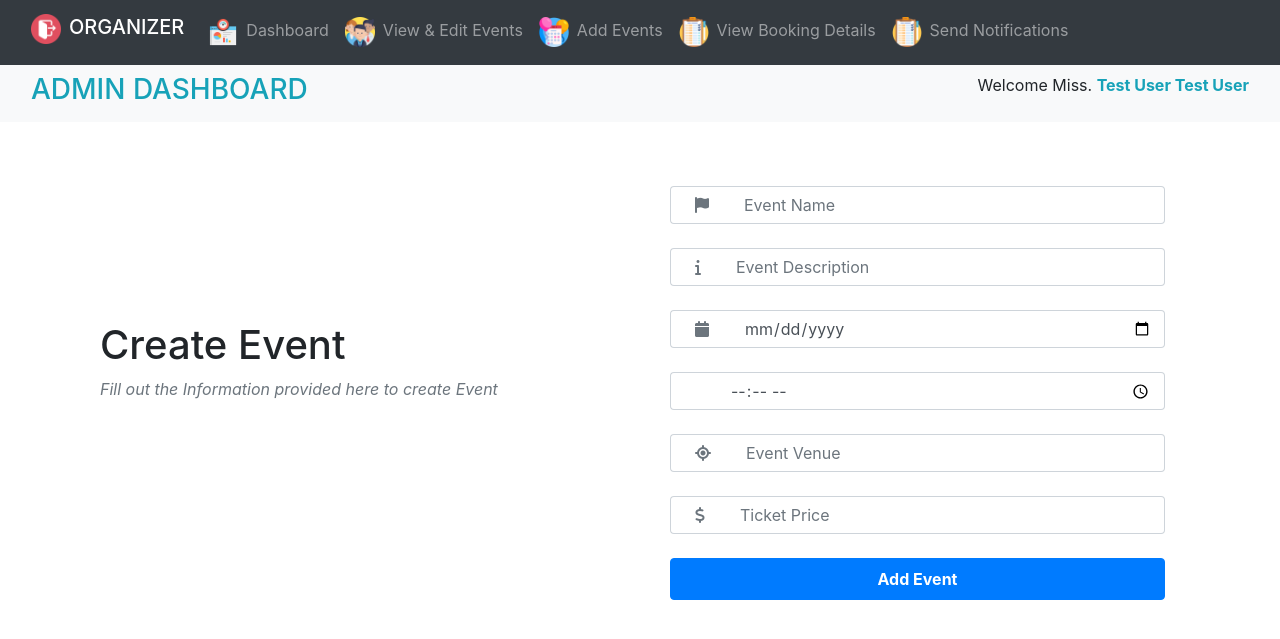
Repository: kalaprabhakar/Event_Management
Page: http://localhost/Event_Management_System/WEB-INF/pages/add_event.jsp
An editor plug-in stored every save of this project. The page is shown before and after the next save, followed by the edit.
The browser window is 1280 px wide. The pictures show the whole page.
Some icons come from a web library that is not loaded, so they are not drawn. Some web libraries are served in a nearby version. The page is served by Tomcat 10. The session is filled in as if someone had signed in: {"Admin_firstname": "Test User", "Admin_lastname": "Test User", "Admin_email": "test@example.com", "Admin_phone": 1, "Admin_address": 1, "Admin_gender": 1, "Admin_id": 1, "Admin_role": "admin", "totalEvents": 1, "bookings": 1, "User_firstname": "Test User", "User_lastname": "Test User", "User_email": "test@example.com", "User_phone": 1, "User_address": 1, "User_gender": 1, "User_id": 1, "User_role": "admin"}. The template is opened directly, without the code that normally fills it, so the values that code supplies are empty.

Above is the page before, as saved 2024-05-12 15:32:20.

After the next save:
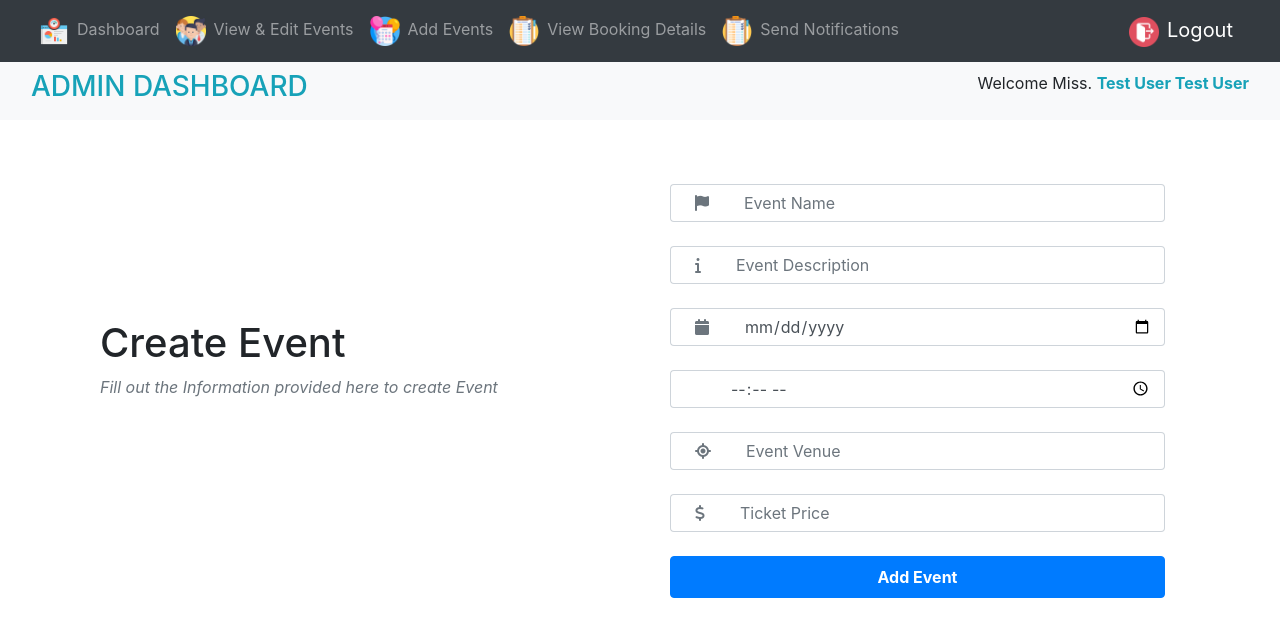
Saved 116 s later.
--- a/Hyscaler/Event_Management_System/src/main/webapp/WEB-INF/pages/includes/organizerNav.jsp
+++ b/Hyscaler/Event_Management_System/src/main/webapp/WEB-INF/pages/includes/organizerNav.jsp
@@ -1,19 +1,27 @@
-        <nav id="sidebar" class="navbar navbar-expand-lg navbar-dark bg-dark">
-  <div  class="container-fluid">
-   <h3><a class="navbar-brand" href="logout"><img src="images/logout.png" class="mr-2" width="30" height="30">ORGANIZER</a></h3>
-    <button class="navbar-toggler" type="button" data-bs-toggle="collapse" data-bs-target="#navbarNavAltMarkup" aria-controls="navbarNavAltMarkup" aria-expanded="false" aria-label="Toggle navigation">
-      <span class="navbar-toggler-icon"></span>
-    </button>
-    <div class="collapse navbar-collapse" id="navbarTogglerDemo02">
-      <div class="navbar-nav">
-        <a class="nav-link " aria-current="page" href="organizer_home"><img src="images/dashboard.png" class="mr-2" width="30" height="30" >Dashboard</a>
-        <a class="nav-link" href="editevent"><img src="images/userlist.png" class="mr-2" width="30" height="30">View & Edit Events</a>
-        <a class="nav-link" href="addevent"><img src="images/event.png" class="mr-2" width="30" height="30" >Add Events</a>
-        <a class="nav-link" href="allbookedticktes"><img src="images/bookingdetails.png" class="mr-2" width="30" height="30" >View Booking Details</a>
-        <a class="nav-link" href="#"><img src="images/bookingdetails.png" class="mr-2" width="30" height="30" >Send Notifications</a>
+
+<nav id="sidebar" class="navbar navbar-expand-lg navbar-dark bg-dark">
+	<div class="container-fluid">
+
+		<div class="collapse navbar-collapse" id="navbarTogglerDemo02">
+			<div class="navbar-nav">
+				<a class="nav-link " aria-current="page" href="organizer_home"><img
+					src="images/dashboard.png" class="mr-2" width="30" height="30">Dashboard</a>
+				<a class="nav-link" href="editevent"><img
+					src="images/userlist.png" class="mr-2" width="30" height="30">View
+					& Edit Events</a> <a class="nav-link" href="addevent"><img
+					src="images/event.png" class="mr-2" width="30" height="30">Add
+					Events</a> <a class="nav-link" href="allbookedticktes"><img
+					src="images/bookingdetails.png" class="mr-2" width="30" height="30">View
+					Booking Details</a> <a class="nav-link" href="#"><img
+					src="images/bookingdetails.png" class="mr-2" width="30" height="30">Send
+					Notifications</a>
 
 
-      </div>
-    </div>
-  </div>
+			</div>
+		</div>
+		<div>
+			<a class="navbar-brand" href="logout"><img
+				src="images/logout.png" class="mr-2" width="30" height="30"><span>Logout</span></a>
+		</div>
+	</div>
 </nav>
